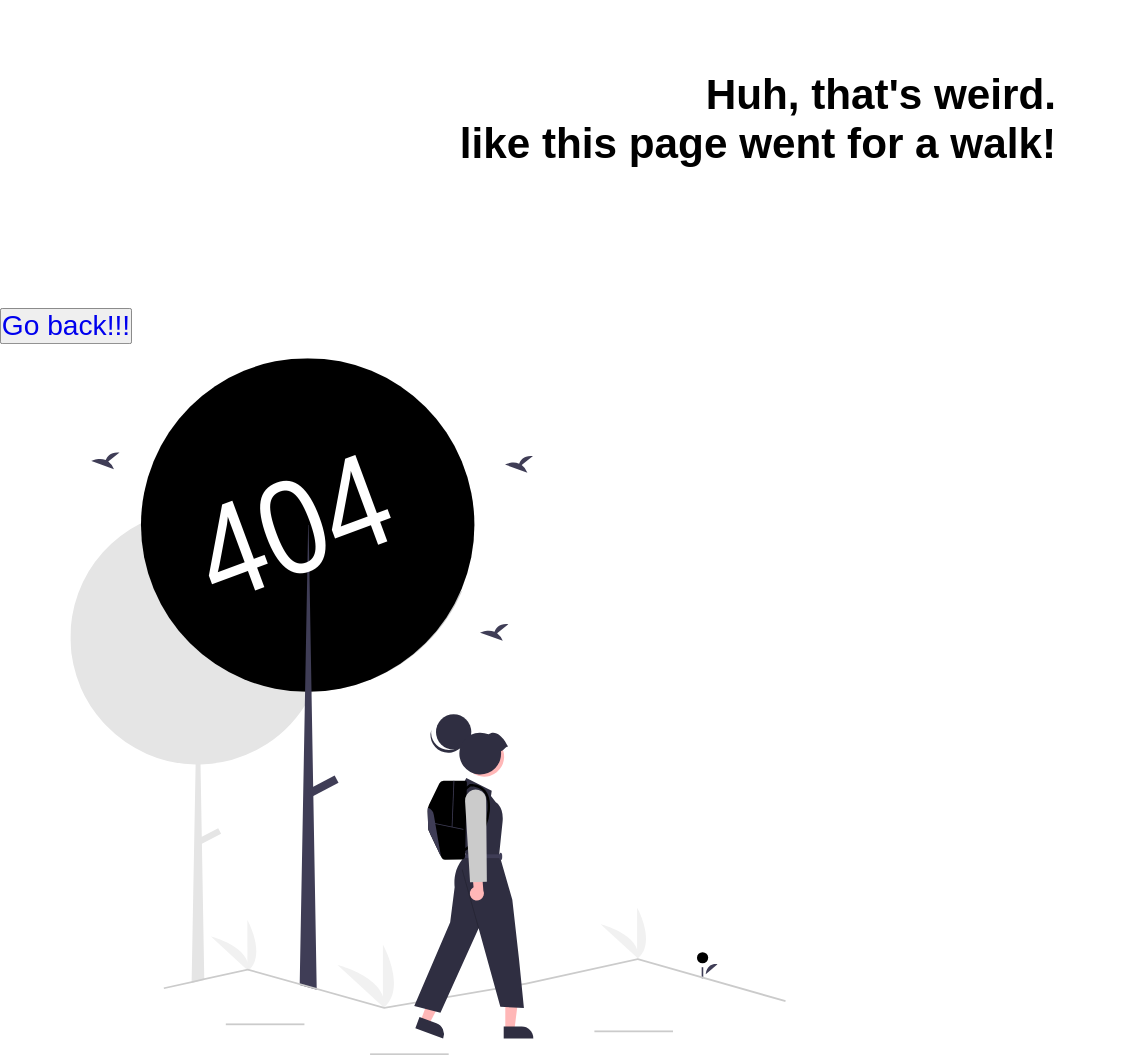
Repository: TeeJaysDev/Portfolio
Page: 404.html
The author's editor kept a copy of each file at every save. The page is drawn from the files as they stood at one save, then again after the next save.
The browser window is 1280 px wide. The pictures show the whole page, at 88% of full size.

Above is the page before, as saved 2021-06-11 23:19:07.

After the next save:
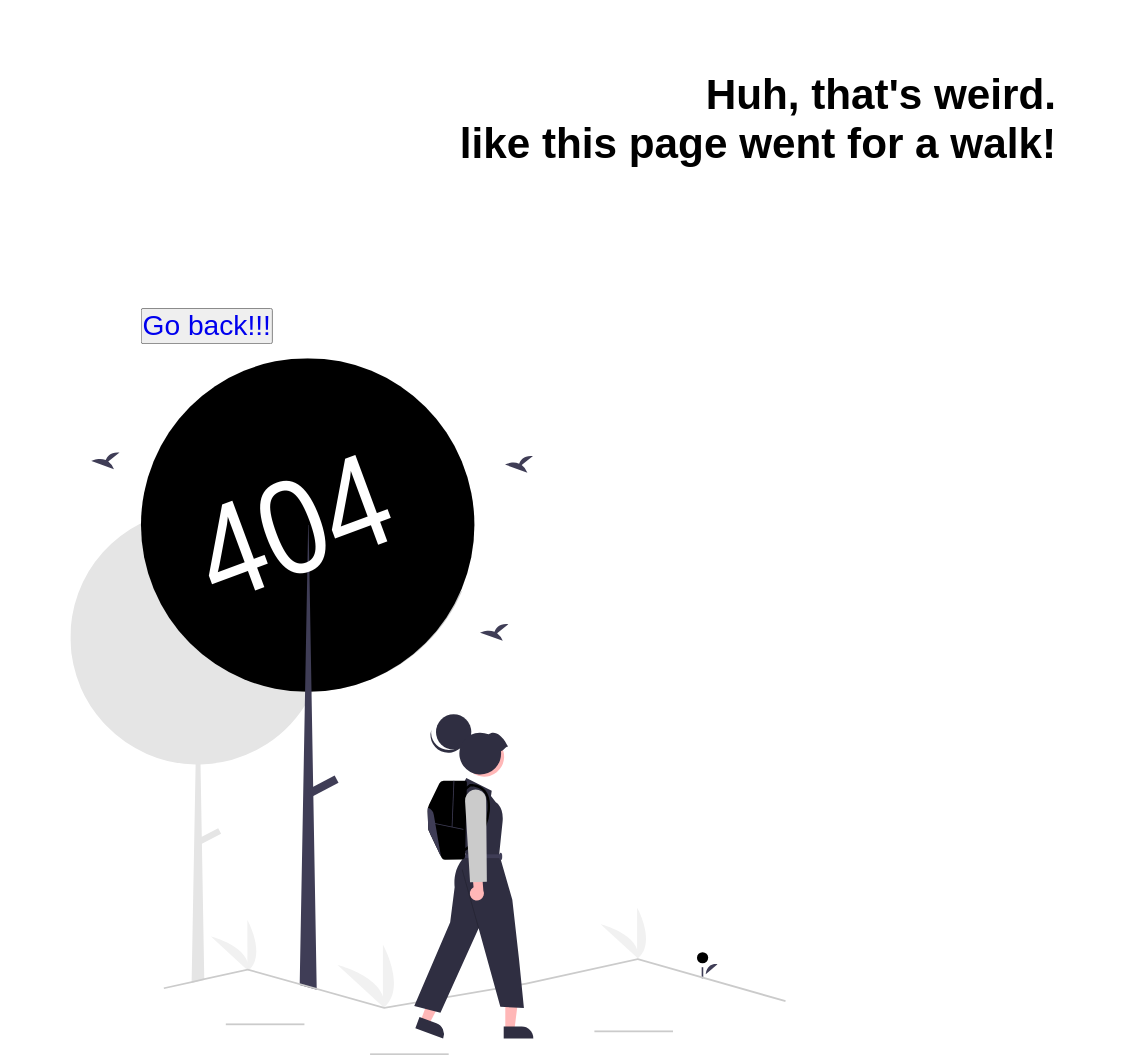
Saved 6 s later.
--- a/404.css
+++ b/404.css
@@ -36,6 +36,6 @@
 
 .error button {
     overflow-y: hidden;
-    margin-right: 10rem;
+    margin-left: 10rem;
     margin-top: 10rem;
 }
